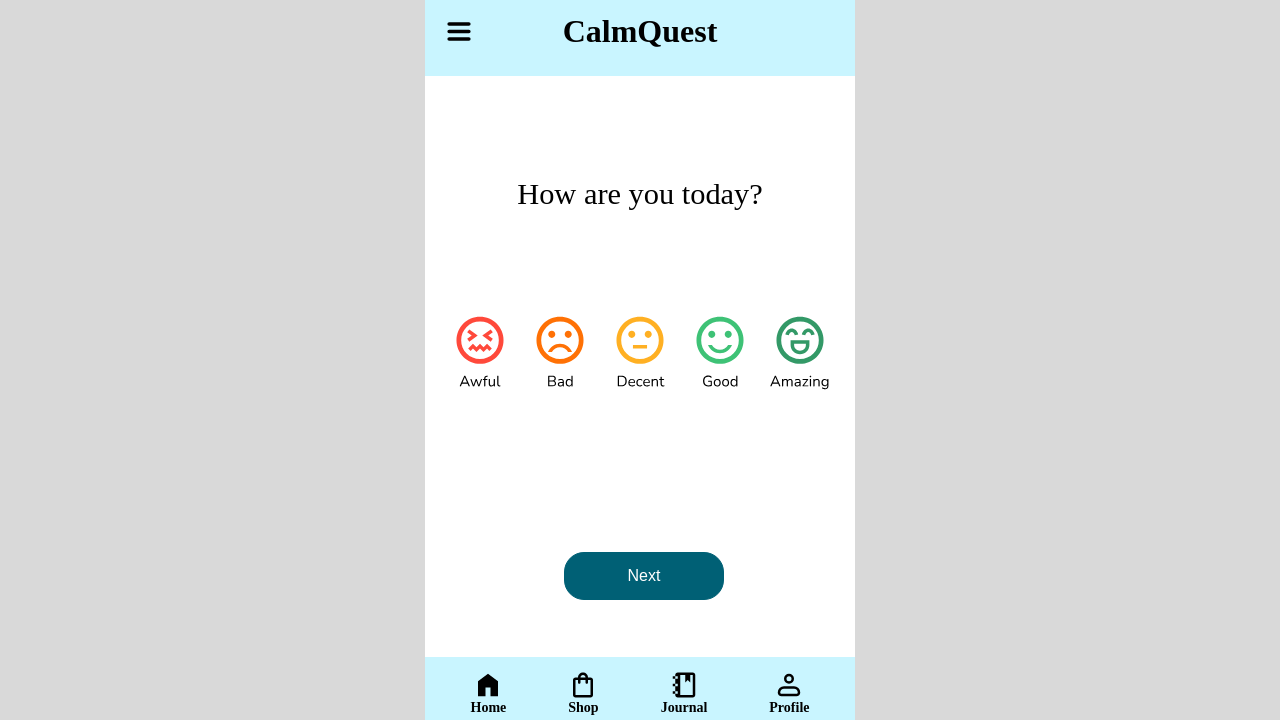
Repository: Michelle2317/CalmQuest
Page: /ParentQuiz
The author's editor kept a copy of each file at every save. The page is drawn from the files as they stood at one save, then again after the next save.
The browser window is 1280 px wide. The pictures show the whole page.
The project was rebuilt for these pictures with package versions that can differ from the ones it lists, and the page was loaded fresh each time. The framework's server and built-in components were replaced by stand-ins that run in the browser. Also part of the build but not shown: next.config.mjs.

Above is the page before, as saved 2024-04-11 02:14:25.

After the next save:
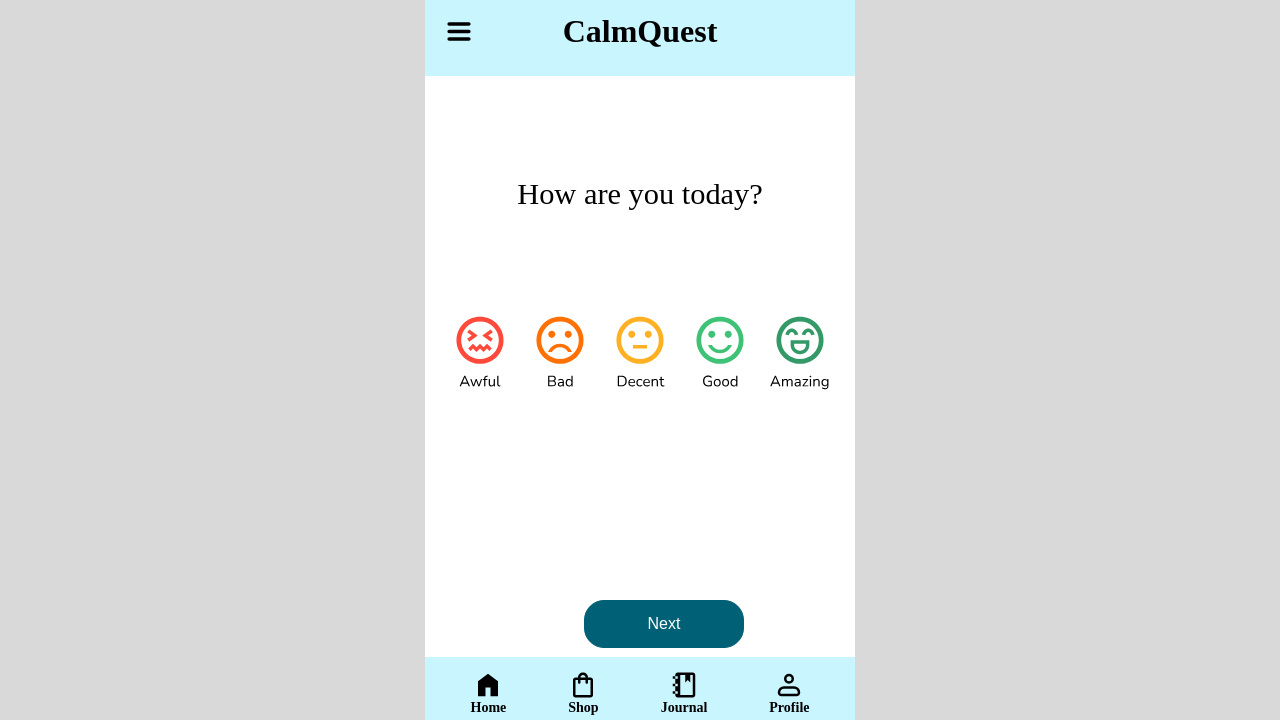
Saved 7 s later.
--- a/styles/Home.module.css
+++ b/styles/Home.module.css
@@ -184,12 +184,11 @@
 	background: var(--dark-turquoise);
 	border: 1px var(--dark-turquoise) solid;
 	border-radius: 20px;
-	overflow: hidden;
-	justify-content: center;
-	align-items: center;
-	gap: 10px;
-	display: inline-flex;
-	margin-left: 0.5rem;
+	justify-content: center;
+	align-items: center;
+	display: inline-flex;
+	margin-left: 3rem;
+	margin-top: 3rem;
 }
 
 .primaryButtonQuiz:hover {
